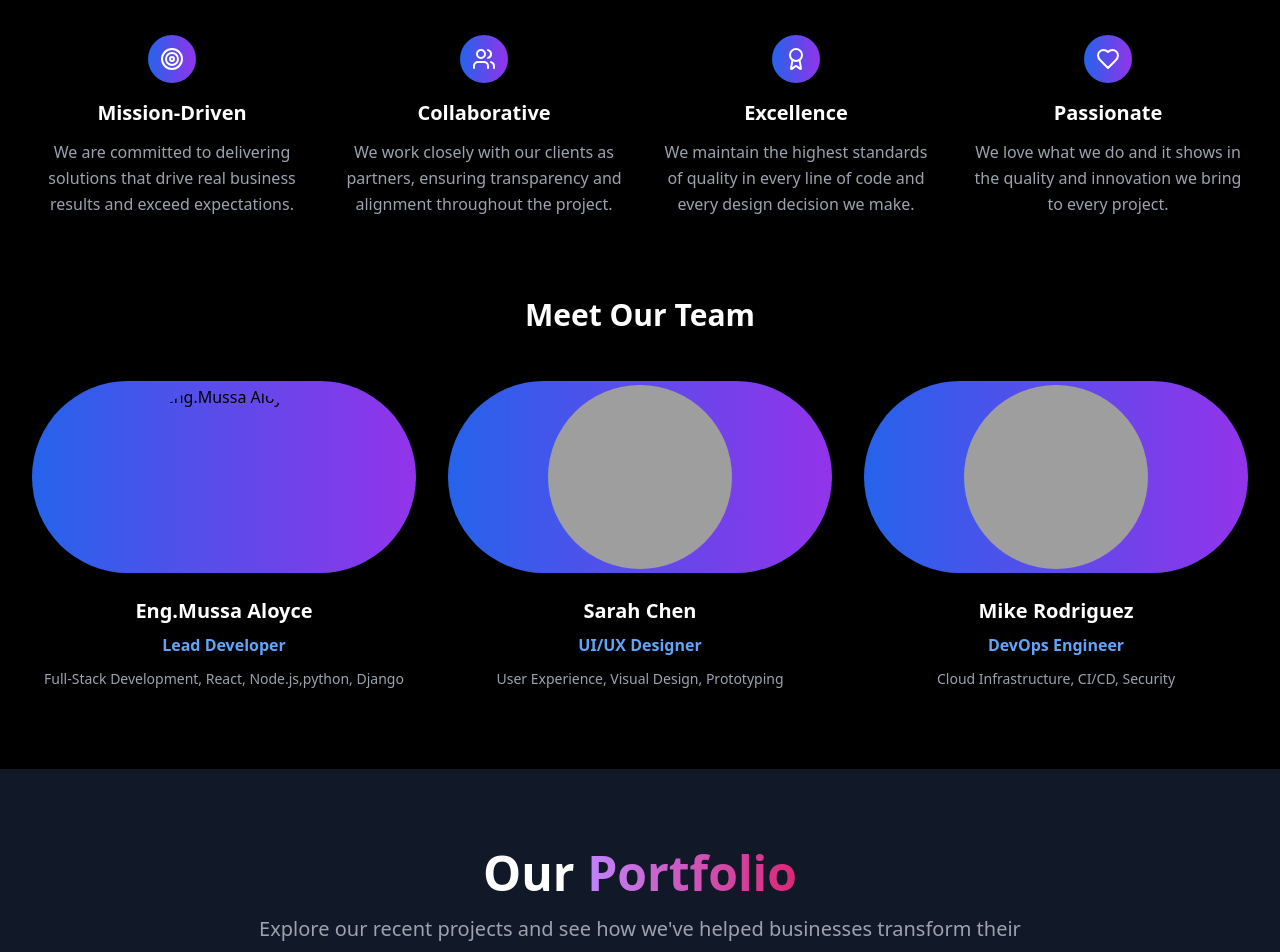
Repository: naza-webtech/nazawebtech.com
Page: /
These files come from the project's save history. The page is drawn as it stood at one moment and after a run of saves; the edit follows.
The browser window is 1280 px wide. The pictures show the part of the page from y = 3803 to 4755 px (the page is 9097 px tall).
Pictures or frames that could not be fetched are drawn as grey boxes. The project was rebuilt for these pictures with package versions that can differ from the ones it lists, and the page was loaded fresh each time. Also part of the build but not shown: vite.config.ts.

Above is the page before, as saved 2025-11-14 09:16:37.

### index.html
<!doctype html>
<html lang="en">
  <head>
    <meta charset="UTF-8" />
    <link rel="icon" type="image/svg+xml" href="/vite.svg" />
    <meta name="viewport" content="width=device-width, initial-scale=1.0" />
    <title>NazaWebTech - Web Development & Digital Solutions</title>
    <meta name="description" content="Transform your business with innovative web development, mobile apps, and digital solutions. Expert team delivering cutting-edge technology solutions.">
    <meta name="keywords" content="web development, mobile apps, e-commerce, digital solutions, React, Next.js, technology consulting">
  </head>
  <body>
    <div id="root"></div>
    <script type="module" src="/src/main.tsx"></script>
  </body>
</html>

### src/App.tsx
import React from 'react';
import Header from './components/Header';
import Hero from './components/Hero';
import Services from './components/Services';
import About from './components/About';
import Portfolio from './components/Portfolio';
import Testimonials from './components/Testimonials';
import Contact from './components/Contact';
import Footer from './components/Footer';

function App() {
  return (
    <div className="bg-black">
      <Header />
      <Hero />
      <Services />
      <About />
      <Portfolio />
      <Testimonials />
      <Contact />
      <Footer />
    </div>
  );
}

export default App;

### src/components/Header.tsx
import React, { useState, useEffect } from 'react';
import { Menu, X, Code2 } from 'lucide-react';

const Header = () => {
  const [isMenuOpen, setIsMenuOpen] = useState(false);
  const [isScrolled, setIsScrolled] = useState(false);

  useEffect(() => {
    const handleScroll = () => {
      setIsScrolled(window.scrollY > 50);
    };
    window.addEventListener('scroll', handleScroll);
    return () => window.removeEventListener('scroll', handleScroll);
  }, []);

  const navItems = [
    { label: 'Home', href: '#home' },
    { label: 'Services', href: '#services' },
    { label: 'About', href: '#about' },
    { label: 'Portfolio', href: '#portfolio' },
    { label: 'Contact', href: '#contact' },
  ];

  const scrollToSection = (href: string) => {
    const element = document.querySelector(href);
    if (element) {
      element.scrollIntoView({ behavior: 'smooth' });
      setIsMenuOpen(false);
    }
  };

  return (
    <header className={`fixed top-0 left-0 right-0 z-50 transition-all duration-300 ${
      isScrolled ? 'bg-gray-900/95 backdrop-blur-md shadow-lg' : 'bg-transparent'
    }`}>
      <div className="max-w-7xl mx-auto px-4 sm:px-6 lg:px-8">
        <div className="flex items-center justify-between h-16">
          <div className="flex items-center space-x-2">
            <Code2 className="h-8 w-8 text-blue-500" />
            <span className="text-xl font-bold text-white">NazaWebTech</span>
          </div>

          <nav className="hidden md:flex items-center space-x-8">
            {navItems.map((item) => (
              <button
                key={item.label}
                onClick={() => scrollToSection(item.href)}
                className="text-gray-300 hover:text-white transition-colors duration-200 font-medium"
              >
                {item.label}
              </button>
            ))}
            <button
              onClick={() => scrollToSection('#contact')}
              className="bg-blue-600 hover:bg-blue-700 text-white px-6 py-2 rounded-full transition-colors duration-200 font-medium"
            >
              Get Started
            </button>
          </nav>

          <button
            className="md:hidden text-white"
            onClick={() => setIsMenuOpen(!isMenuOpen)}
          >
            {isMenuOpen ? <X size={24} /> : <Menu size={24} />}
          </button>
        </div>

        {/* Mobile menu */}
        {isMenuOpen && (
          <div className="md:hidden bg-gray-900/95 backdrop-blur-md rounded-lg mt-2 p-4">
            {navItems.map((item) => (
              <button
                key={item.label}
                onClick={() => scrollToSection(item.href)}
                className="block w-full text-left text-gray-300 hover:text-white py-2 transition-colors duration-200"
              >
                {item.label}
              </button>
            ))}
            <button
              onClick={() => scrollToSection('#contact')}
              className="w-full bg-blue-600 hover:bg-blue-700 text-white px-6 py-2 rounded-full transition-colors duration-200 mt-4"
            >
              Get Started
            </button>
          </div>
        )}
      </div>
    </header>
  );
};

export default Header;

### src/components/Hero.tsx
import React from 'react';
import { ArrowRight, Play } from 'lucide-react';

const Hero = () => {
  const scrollToSection = (href: string) => {
    const element = document.querySelector(href);
    if (element) {
      element.scrollIntoView({ behavior: 'smooth' });
    }
  };

  return (
    <section id="home" className="relative min-h-screen flex items-center justify-center overflow-hidden">
      {/* Background */}
      <div className="absolute inset-0 bg-gradient-to-br from-gray-900 via-gray-800 to-black">
        <div className="absolute inset-0 bg-[url('https://images.pexels.com/photos/546819/pexels-photo-546819.jpeg')] bg-cover bg-center opacity-10"></div>
        <div className="absolute inset-0 bg-gradient-to-r from-blue-600/20 to-purple-600/20"></div>
      </div>

      {/* Animated particles */}
      <div className="absolute inset-0">
        {[...Array(20)].map((_, i) => (
          <div
            key={i}
            className="absolute w-2 h-2 bg-blue-500 rounded-full opacity-30 animate-pulse"
            style={{
              left: `${Math.random() * 100}%`,
              top: `${Math.random() * 100}%`,
              animationDelay: `${Math.random() * 3}s`,
              animationDuration: `${2 + Math.random() * 3}s`,
            }}
          />
        ))}
      </div>

      <div className="relative z-10 max-w-7xl mx-auto px-4 sm:px-6 lg:px-8 text-center">
        <div className="max-w-4xl mx-auto">
          <h1 className="text-5xl md:text-7xl font-bold text-white mb-6 leading-tight">
            <span className="bg-gradient-to-r from-blue-400 to-purple-600 bg-clip-text text-transparent">
              Crafting
            </span>{' '}
            Digital Excellence
          </h1>

          <p className="text-xl md:text-2xl text-gray-300 mb-8 leading-relaxed max-w-3xl mx-auto">
            We transform your vision into powerful digital experiences through cutting-edge web development,
            innovative design, and strategic technology solutions.
          </p>

          <div className="flex flex-col sm:flex-row items-center justify-center gap-4 mb-12">
            <button
              onClick={() => scrollToSection('#services')}
              className="group bg-blue-600 hover:bg-blue-700 text-white px-8 py-4 rounded-full font-semibold transition-all duration-300 transform hover:scale-105 hover:shadow-xl flex items-center gap-2"
            >
              Explore Our Services
              <ArrowRight className="w-5 h-5 group-hover:translate-x-1 transition-transform duration-300" />
            </button>

            <button
              onClick={() => scrollToSection('#portfolio')}
              className="group bg-transparent border-2 border-white text-white hover:bg-white hover:text-gray-900 px-8 py-4 rounded-full font-semibold transition-all duration-300 flex items-center gap-2"
            >
              <Play className="w-5 h-5" />
              View Our Work
            </button>
          </div>

          <div className="grid grid-cols-1 md:grid-cols-3 gap-8 mt-16">
            <div className="text-center">
              <div className="text-4xl font-bold text-blue-400 mb-2">50+</div>
              <div className="text-gray-400">Projects Completed</div>
            </div>
            <div className="text-center">
              <div className="text-4xl font-bold text-emerald-400 mb-2">5+</div>
              <div className="text-gray-400">Years Experience</div>
            </div>
            <div className="text-center">
              <div className="text-4xl font-bold text-orange-400 mb-2">100%</div>
              <div className="text-gray-400">Client Satisfaction</div>
            </div>
          </div>
        </div>
      </div>

      {/* Scroll indicator */}
      <div className="absolute bottom-8 left-1/2 transform -translate-x-1/2 animate-bounce">
        <div className="w-6 h-10 border-2 border-white rounded-full flex justify-center">
          <div className="w-1 h-3 bg-white rounded-full mt-2 animate-pulse"></div>
        </div>
      </div>
    </section>
  );
};

export default Hero;

### src/components/About.tsx
import React from 'react';
import { Users, Award, Target, Heart } from 'lucide-react';

const About = () => {
  const values = [
    {
      icon: <Target className="w-6 h-6" />,
      title: 'Mission-Driven',
      description: 'We are committed to delivering solutions that drive real business results and exceed expectations.'
    },
    {
      icon: <Users className="w-6 h-6" />,
      title: 'Collaborative',
      description: 'We work closely with our clients as partners, ensuring transparency and alignment throughout the project.'
    },
    {
      icon: <Award className="w-6 h-6" />,
      title: 'Excellence',
      description: 'We maintain the highest standards of quality in every line of code and every design decision we make.'
    },
    {
      icon: <Heart className="w-6 h-6" />,
      title: 'Passionate',
      description: 'We love what we do and it shows in the quality and innovation we bring to every project.'
    }
  ];

  const team = [
    {
      name: 'Eng.Mussa Aloyce',
      role: 'Lead Developer',
      image: '',
      expertise: 'Full-Stack Development, React, Node.js,python, Django'
    },
    {
      name: 'Sarah Chen',
      role: 'UI/UX Designer',
      image: 'https://images.pexels.com/photos/774909/pexels-photo-774909.jpeg',
      expertise: 'User Experience, Visual Design, Prototyping'
    },
    {
      name: 'Mike Rodriguez',
      role: 'DevOps Engineer',
      image: 'https://images.pexels.com/photos/697509/pexels-photo-697509.jpeg',
      expertise: 'Cloud Infrastructure, CI/CD, Security'
    }
  ];

  return (
    <section id="about" className="py-20 bg-black">
      <div className="max-w-7xl mx-auto px-4 sm:px-6 lg:px-8">
        <div className="text-center mb-16">
          <h2 className="text-4xl md:text-5xl font-bold text-white mb-4">
            About <span className="bg-gradient-to-r from-emerald-400 to-blue-600 bg-clip-text text-transparent">NazaWebTech</span>
          </h2>
          <p className="text-xl text-gray-400 max-w-3xl mx-auto leading-relaxed">
            We're a passionate team of developers, designers, and strategists dedicated to creating
            exceptional digital experiences that drive business growth.
          </p>
        </div>

        <div className="grid grid-cols-1 lg:grid-cols-2 gap-16 items-center mb-20">
          <div>
            <h3 className="text-3xl font-bold text-white mb-6">Our Story</h3>
            <p className="text-gray-300 mb-6 leading-relaxed">
              Founded in 2019, NazaWebTech began as a vision to bridge the gap between cutting-edge
              technology and business success. We've grown from a small startup to a trusted partner
              for businesses ranging from startups to enterprise corporations.
            </p>
            <p className="text-gray-300 mb-6 leading-relaxed">
              Our approach combines technical expertise with deep business understanding, ensuring
              that every solution we create not only works flawlessly but also drives measurable
              results for our clients.
            </p>
            <div className="flex items-center space-x-8">
              <div>
                <div className="text-2xl font-bold text-emerald-400">50+</div>
                <div className="text-gray-400 text-sm">Happy Clients</div>
              </div>
              <div>
                <div className="text-2xl font-bold text-blue-400">100+</div>
                <div className="text-gray-400 text-sm">Projects</div>
              </div>
              <div>
                <div className="text-2xl font-bold text-orange-400">5+</div>
                <div className="text-gray-400 text-sm">Years</div>
              </div>
            </div>
          </div>

          <div className="relative">
            <div className="absolute inset-0 bg-gradient-to-r from-blue-600 to-purple-600 rounded-2xl transform rotate-3"></div>
            <img
              src="https://images.pexels.com/photos/3183150/pexels-photo-3183150.jpeg"
              alt="Team working"
              className="relative rounded-2xl w-full h-96 object-cover"
            />
          </div>
        </div>

        <div className="mb-20">
          <h3 className="text-3xl font-bold text-white text-center mb-12">Our Values</h3>
          <div className="grid grid-cols-1 md:grid-cols-2 lg:grid-cols-4 gap-8">
            {values.map((value, index) => (
              <div key={index} className="text-center">
                <div className="bg-gradient-to-r from-blue-600 to-purple-600 w-12 h-12 rounded-full flex items-center justify-center mx-auto mb-4 text-white">
                  {value.icon}
                </div>
                <h4 className="text-xl font-bold text-white mb-3">{value.title}</h4>
                <p className="text-gray-400 leading-relaxed">{value.description}</p>
              </div>
            ))}
          </div>
        </div>

        <div>
          <h3 className="text-3xl font-bold text-white text-center mb-12">Meet Our Team</h3>
          <div className="grid grid-cols-1 md:grid-cols-3 gap-8">
            {team.map((member, index) => (
              <div key={index} className="group text-center">
                <div className="relative mb-6">
                  <div className="absolute inset-0 bg-gradient-to-r from-blue-600 to-purple-600 rounded-full transform group-hover:scale-105 transition-transform duration-300"></div>
                  <img
                    src={member.image}
                    alt={member.name}
                    className="relative w-48 h-48 rounded-full object-cover mx-auto p-1"
                  />
                </div>
                <h4 className="text-xl font-bold text-white mb-2">{member.name}</h4>
                <p className="text-blue-400 font-semibold mb-3">{member.role}</p>
                <p className="text-gray-400 text-sm">{member.expertise}</p>
              </div>
            ))}
          </div>
        </div>
      </div>
    </section>
  );
};

export default About;

### src/components/Testimonials.tsx
import React from 'react';
import { Star, Quote } from 'lucide-react';

const Testimonials = () => {
  const testimonials = [
    {
      name: 'M',
      role: 'CEO, TechStart Inc.',
      image: 'https://images.pexels.com/photos/415829/pexels-photo-415829.jpeg',
      content: 'NazaWebTech transformed our outdated website into a modern, high-performing platform that increased our conversions by 200%. Their attention to detail and technical expertise is unmatched.',
      rating: 5
    },
    {
      name: 'David Kim',
      role: 'Founder, EcoCommerce',
      image: 'https://images.pexels.com/photos/1222271/pexels-photo-1222271.jpeg',
      content: 'Working with NazaWebTech was a game-changer for our e-commerce business. They delivered a scalable solution that handles our peak traffic seamlessly. Highly recommended!',
      rating: 5
    },
    {
      name: 'Maria Santos',
      role: 'CTO, HealthTech Solutions',
      image: 'https://images.pexels.com/photos/733872/pexels-photo-733872.jpeg',
      content: 'The team\'s expertise in healthcare technology and compliance requirements was impressive. They delivered a HIPAA-compliant platform that exceeds all our expectations.',
      rating: 5
    },
    {
      name: 'Robert Chen',
      role: 'Director, Financial Services',
      image: 'https://images.pexels.com/photos/1043471/pexels-photo-1043471.jpeg',
      content: 'Security and performance were our top priorities, and NazaWebTech delivered on both fronts. Our mobile app has been running flawlessly with zero security incidents.',
      rating: 5
    }
  ];

  return (
    <section className="py-20 bg-black">
      <div className="max-w-7xl mx-auto px-4 sm:px-6 lg:px-8">
        <div className="text-center mb-16">
          <h2 className="text-4xl md:text-5xl font-bold text-white mb-4">
            What Our <span className="bg-gradient-to-r from-yellow-400 to-orange-600 bg-clip-text text-transparent">Clients Say</span>
          </h2>
          <p className="text-xl text-gray-400 max-w-3xl mx-auto leading-relaxed">
            Don't just take our word for it. Here's what our clients have to say about
            working with NazaWebTech.
          </p>
        </div>

        <div className="grid grid-cols-1 md:grid-cols-2 gap-8">
          {testimonials.map((testimonial, index) => (
            <div
              key={index}
              className="group bg-gray-900/50 backdrop-blur-sm rounded-2xl p-8 border border-gray-700/50 hover:border-yellow-500/50 transition-all duration-300 hover:transform hover:scale-105 hover:shadow-2xl relative"
            >
              <Quote className="absolute top-6 right-6 w-8 h-8 text-yellow-500/20" />

              <div className="flex items-center mb-6">
                <img
                  src={testimonial.image}
                  alt={testimonial.name}
                  className="w-16 h-16 rounded-full object-cover mr-4"
                />
                <div>
                  <h4 className="text-xl font-bold text-white">{testimonial.name}</h4>
                  <p className="text-gray-400">{testimonial.role}</p>
                </div>
              </div>

              <div className="flex mb-4">
                {[...Array(testimonial.rating)].map((_, starIndex) => (
                  <Star key={starIndex} className="w-5 h-5 text-yellow-500 fill-current" />
                ))}
              </div>

              <p className="text-gray-300 leading-relaxed italic">
                "{testimonial.content}"
              </p>
            </div>
          ))}
        </div>

        <div className="text-center mt-16">
          <div className="inline-flex items-center space-x-8 bg-gray-900/50 rounded-full px-8 py-4 border border-gray-700/50">
            <div className="text-center">
              <div className="text-2xl font-bold text-yellow-400">4.9/5</div>
              <div className="text-gray-400 text-sm">Average Rating</div>
            </div>
            <div className="w-px h-12 bg-gray-700"></div>
            <div className="text-center">
              <div className="text-2xl font-bold text-yellow-400">50+</div>
              <div className="text-gray-400 text-sm">Happy Clients</div>
            </div>
            <div className="w-px h-12 bg-gray-700"></div>
            <div className="text-center">
              <div className="text-2xl font-bold text-yellow-400">100%</div>
              <div className="text-gray-400 text-sm">Satisfaction</div>
            </div>
          </div>
        </div>
      </div>
    </section>
  );
};

export default Testimonials;

Loaded but not shown: src/main.tsx (common file); src/index.css (common file); tailwind.config.js (common file); src/components/Portfolio.tsx (201 lines, source omitted); src/components/Contact.tsx (201 lines, source omitted); src/components/Services.tsx (136 lines, source omitted); src/components/Footer.tsx (142 lines, source omitted)

After the next 3 saves:
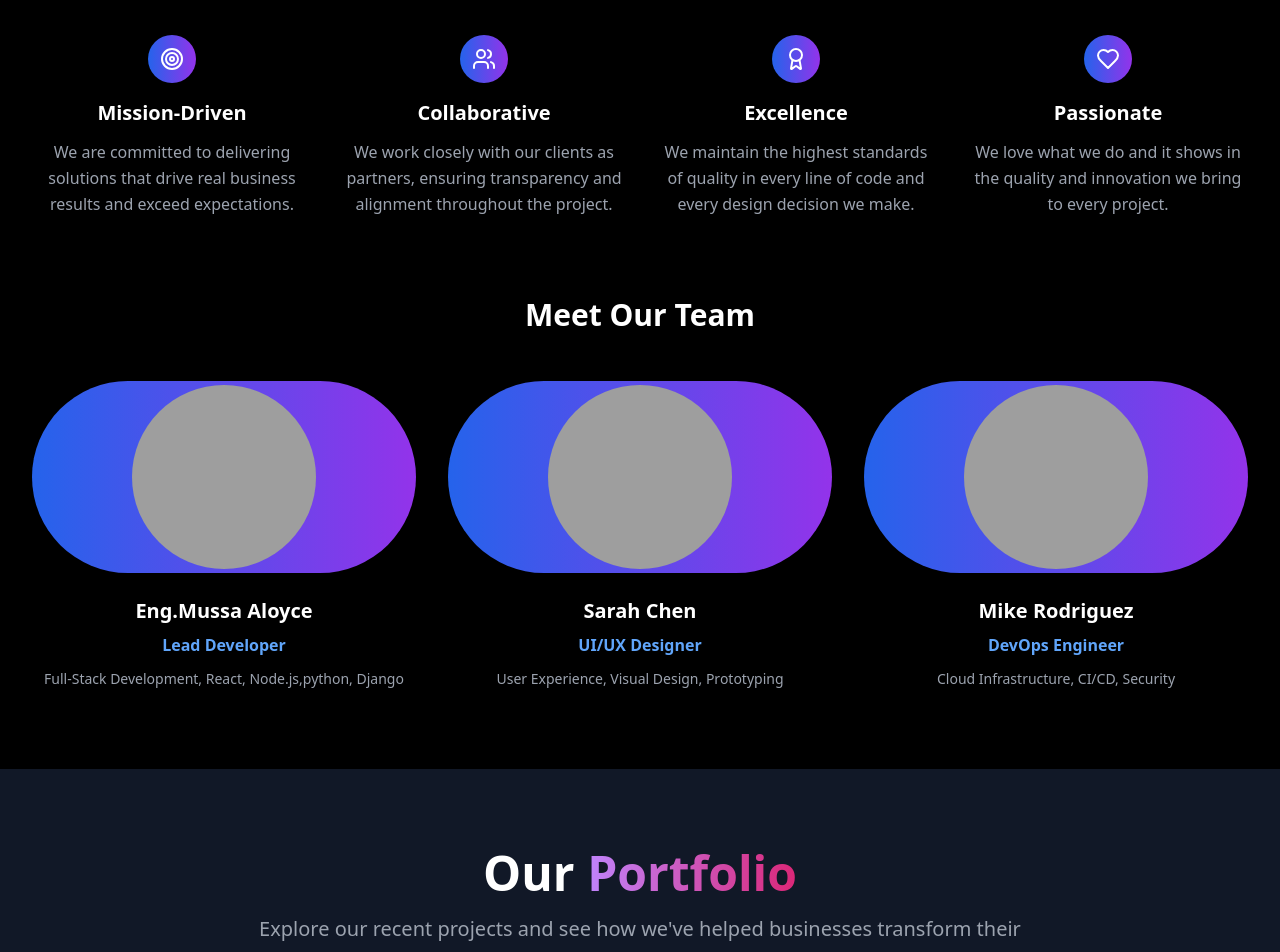
The 3 saves are shown as one change because they came seconds apart.
The last was saved 20 s later.
--- a/src/components/About.tsx
+++ b/src/components/About.tsx
@@ -29,7 +29,7 @@ const About = () => {
     {
       name: 'Eng.Mussa Aloyce',
       role: 'Lead Developer',
-      image: '',
+      image: 'p',
       expertise: 'Full-Stack Development, React, Node.js,python, Django'
     },
     {
